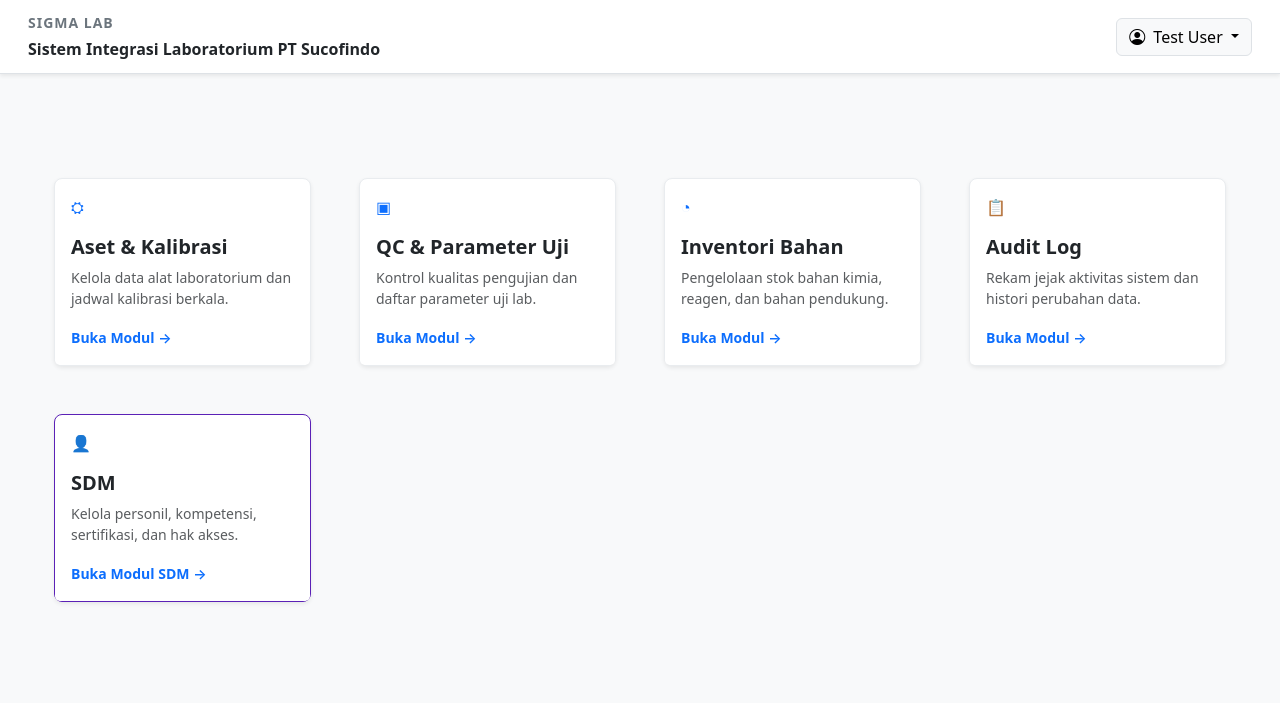
Repository: amelianeesa/sigmalab
Page: http://localhost/dashboard
An editor plug-in stored every save of this project. The page is shown before and after the next save, followed by the edit.
The browser window is 1280 px wide. The pictures show the whole page.
The page is served by the project's Laravel application, run on PHP 8.4 with Laravel 12. A made-up administrator, Test User (test@example.com), is signed in. Other server files are loaded and not shown.

Above is the page before, as saved 2026-08-06 11:50:57.

### routes/web.php
<?php

use Illuminate\Support\Facades\Route;
use App\Http\Controllers\AuthController;
use App\Http\Controllers\SdmController;

Route::get('/', [AuthController::class, 'showLogin']);
Route::get('/login', [AuthController::class, 'showLogin'])->name('login');
Route::post('/login', [AuthController::class, 'processLogin'])->name('login.process');

Route::get('/register', [AuthController::class, 'showRegister'])->name('register');
Route::post('/register', [AuthController::class, 'processRegister'])->name('register.process');

Route::post('/logout', [AuthController::class, 'logout'])->name('logout');

Route::middleware(['auth'])->group(function () {

    Route::get('/dashboard', function () {
        return view('dashboard-index');
    })->name('dashboard');

    Route::get('/sdm', [SdmController::class, 'index'])->name('sdm.index');
    Route::get('/sdm/create', [SdmController::class, 'create'])->name('sdm.create');
    Route::post('/sdm', [SdmController::class, 'store'])->name('sdm.store');
    Route::get('/sdm/{id}/edit', [SdmController::class, 'edit'])->name('sdm.edit');
    Route::put('/sdm/{id}', [SdmController::class, 'update'])->name('sdm.update');
    Route::delete('/sdm/{id}', [SdmController::class, 'destroy'])->name('sdm.destroy');
    Route::patch('/sdm/{id}/aktifkan', [SdmController::class, 'activate'])->name('sdm.activate');
    Route::delete('/sdm/{id}/permanen', [SdmController::class, 'forceDestroy'])->name('sdm.force-destroy');

    Route::get('/sdm/{id}/kompetensi', [SdmController::class, 'kompetensiDetail'])->name('sdm.kompetensi.detail');
    Route::post('/sdm/{id}/kompetensi', [SdmController::class, 'storeKompetensi'])->name('sdm.kompetensi.store');
    Route::put('/sdm/{id}/kompetensi/{kompetensiId}', [SdmController::class, 'updateKompetensi'])->name('sdm.kompetensi.update');
    Route::delete('/sdm/{id}/kompetensi/{kompetensiId}', [SdmController::class, 'destroyKompetensi'])->name('sdm.kompetensi.destroy');
    Route::get('/sdm/{id}/cv', [SdmController::class, 'showCv'])->name('sdm.cv');
});

### app/Models/User.php
<?php

namespace App\Models;

use Illuminate\Database\Eloquent\Factories\HasFactory;
use Illuminate\Foundation\Auth\User as Authenticatable;
use Illuminate\Notifications\Notifiable;

class User extends Authenticatable
{
    use HasFactory, Notifiable;

    protected $table = 'users';
    protected $primaryKey = 'users_id';

    protected $fillable = [
        'personil_id',
        'username',
        'email',
        'password',
        'role_id',
        'status_aktif',
    ];

    protected $hidden = [
        'password',
    ];

    public function personil()
    {
        return $this->belongsTo(Personil::class, 'personil_id', 'personil_id');
    }

    public function role()
    {
        return $this->belongsTo(Role::class, 'role_id', 'roles_id');
    }
}

### resources/views/dashboard-index.blade.php
@extends('layouts.app')

@section('content')
<div class="container-fluid px-4 py-4">


    <!-- Modul Tiles -->
    <div class="row g-5">

        <!-- Aset & Kalibrasi -->
        <div class="col-12 col-sm-6 col-md-4 col-lg-3">
            <a href="#" class="text-decoration-none">
                <div class="card h-100 shadow-sm rounded-3 border border-light-subtle transition-card">
                    <div class="card-body">
                        <div class="mb-3 module-icon text-primary">⛭</div>
                        <h5 class="fw-bold text-dark mb-2">Aset & Kalibrasi</h5>
                        <p class="text-muted small mb-0">Kelola data alat laboratorium dan jadwal kalibrasi berkala.</p>
                    </div>
                    <div class="card-footer bg-white border-0 pt-0 pb-3">
                        <span class="text-primary small fw-semibold">Buka Modul &rarr;</span>
                    </div>
                </div>
            </a>
        </div>

        <!-- QC & Parameter Uji -->
        <div class="col-12 col-sm-6 col-md-4 col-lg-3">
            <a href="#" class="text-decoration-none">
                <div class="card h-100 shadow-sm rounded-3 border border-light-subtle transition-card">
                    <div class="card-body">
                        <div class="mb-3 module-icon text-primary">▣</div>
                        <h5 class="fw-bold text-dark mb-2">QC & Parameter Uji</h5>
                        <p class="text-muted small mb-0">Kontrol kualitas pengujian dan daftar parameter uji lab.</p>
                    </div>
                    <div class="card-footer bg-white border-0 pt-0 pb-3">
                        <span class="text-primary small fw-semibold">Buka Modul &rarr;</span>
                    </div>
                </div>
            </a>
        </div>

        <!-- Inventori Bahan -->
        <div class="col-12 col-sm-6 col-md-4 col-lg-3">
            <a href="#" class="text-decoration-none">
                <div class="card h-100 shadow-sm rounded-3 border border-light-subtle transition-card">
                    <div class="card-body">
                        <div class="mb-3 module-icon text-primary">◔</div>
                        <h5 class="fw-bold text-dark mb-2">Inventori Bahan</h5>
                        <p class="text-muted small mb-0">Pengelolaan stok bahan kimia, reagen, dan bahan pendukung.</p>
                    </div>
                    <div class="card-footer bg-white border-0 pt-0 pb-3">
                        <span class="text-primary small fw-semibold">Buka Modul &rarr;</span>
                    </div>
                </div>
            </a>
        </div>

        <!-- Audit Log -->
        <div class="col-12 col-sm-6 col-md-4 col-lg-3">
            <a href="#" class="text-decoration-none">
                <div class="card h-100 shadow-sm rounded-3 border border-light-subtle transition-card">
                    <div class="card-body">
                        <div class="mb-3 module-icon text-primary">📋</div>
                        <h5 class="fw-bold text-dark mb-2">Audit Log</h5>
                        <p class="text-muted small mb-0">Rekam jejak aktivitas sistem dan histori perubahan data.</p>
                    </div>
                    <div class="card-footer bg-white border-0 pt-0 pb-3">
                        <span class="text-primary small fw-semibold">Buka Modul &rarr;</span>
                    </div>
                </div>
            </a>
        </div>

        <!-- SDM Tile: align with other tiles -->
        <div class="col-12 col-sm-6 col-md-4 col-lg-3">
            <a href="{{ route('sdm.index') }}" class="text-decoration-none">
                <div class="card h-100 shadow-sm rounded-3 border transition-card sdm-highlight" style="border-color:#5b21b6;">
                    <div class="card-body">
                        <div class="mb-3 module-icon sdm-icon" style="color:#5b21b6;">👤</div>
                        <h5 class="fw-bold text-dark mb-2" style="color:#4c1d95;">SDM</h5>
                        <p class="text-muted small mb-0">Kelola personil, kompetensi, sertifikasi, dan hak akses.</p>
                    </div>
                    <div class="card-footer bg-white border-0 pt-0 pb-3">
                        <span class="text-primary small fw-semibold">Buka Modul SDM &rarr;</span>
                    </div>
                </div>
            </a>
        </div>

    </div>

</div>

<!-- Tambahan sedikit CSS untuk efek transisi card yang halus -->
<style>
    .transition-card {
        transition: transform 0.2s ease, box-shadow 0.2s ease;
    }
    .transition-card:hover {
        transform: translateY(-3px);
        box-shadow: 0 .5rem 1rem rgba(0,0,0,.08) !important;
    }
</style>
@endsection

### resources/views/layouts/app.blade.php
<!DOCTYPE html>
<html lang="id">

<head>
    <meta charset="UTF-8">
    <title>Dashboard - SIGMALAB Sucofindo</title>
    <link href="https://cdn.jsdelivr.net/npm/bootstrap@5.3.0/dist/css/bootstrap.min.css" rel="stylesheet">
    <link href="https://cdn.jsdelivr.net/npm/bootstrap-icons@1.10.5/font/bootstrap-icons.css" rel="stylesheet">
    <style>
        body {
            background-color: #f8f9fa;
        }

        #content {
            margin-left: 0;
            padding: 30px;
            padding-top: 80px; /* ensure content sits below sticky navbar */
        }

        .top-navbar {
            background: #fff;
            padding: 12px 28px;
            border-bottom: 1px solid #dee2e6;
            margin-left: 0;
            display: flex;
            justify-content: space-between;
            align-items: center;
            position: sticky;
            top: 0;
            z-index: 1020;
            min-height: 64px;
        }

        /* Prevent long/unexpected text from breaking header layout */
        .top-navbar .dropdown button {
            max-width: 220px;
            overflow: hidden;
            text-overflow: ellipsis;
            white-space: nowrap;
        }

        /* Make cards in dashboard more consistent and avoid overflow */
        .card.h-100 .card-body { min-height: 120px; }
        .card .card-body p { word-break: break-word; }
        /* Module card utilities */
        .module-card { transition: transform .12s ease, box-shadow .12s ease, border-color .12s ease; }
        .module-card:hover { transform: translateY(-4px); box-shadow: 0 12px 30px rgba(15,35,59,.08); }
        .sdm-highlight { border-color: #5b21b6 !important; }
    </style>
</head>

<body>
    <!-- Sidebar removed: content now full-width -->

    <div class="top-navbar shadow-sm">
        <div>
            <span class="text-uppercase text-secondary fs-7 fw-bold d-block mb-1" style="font-size: 14px; letter-spacing: 1px;">SIGMA LAB</span>
            <div class="mb-0 fw-bold">Sistem Integrasi Laboratorium PT Sucofindo</div>
        </div>
        <div class="dropdown">
            <button class="btn btn-light dropdown-toggle border" type="button" data-bs-toggle="dropdown" title="Profil">
                <i class="bi bi-person-circle me-1"></i> {{ Auth::user()->name ?? Auth::user()->username ?? 'Pengguna' }}
            </button>
            <ul class="dropdown-menu dropdown-menu-end">
                <li>
                    <form action="{{ route('logout') }}" method="POST">
                        @csrf
                        <button type="submit" class="dropdown-item text-danger"><i
                                class="bi bi-box-arrow-right me-2"></i> Logout</button>
                    </form>
                </li>
            </ul>
        </div>
    </div>

    <div id="content">
        @yield('content')
    </div>

    <script src="https://cdn.jsdelivr.net/npm/bootstrap@5.3.0/dist/js/bootstrap.bundle.min.js"></script>
</body>

</html>

After the next save:
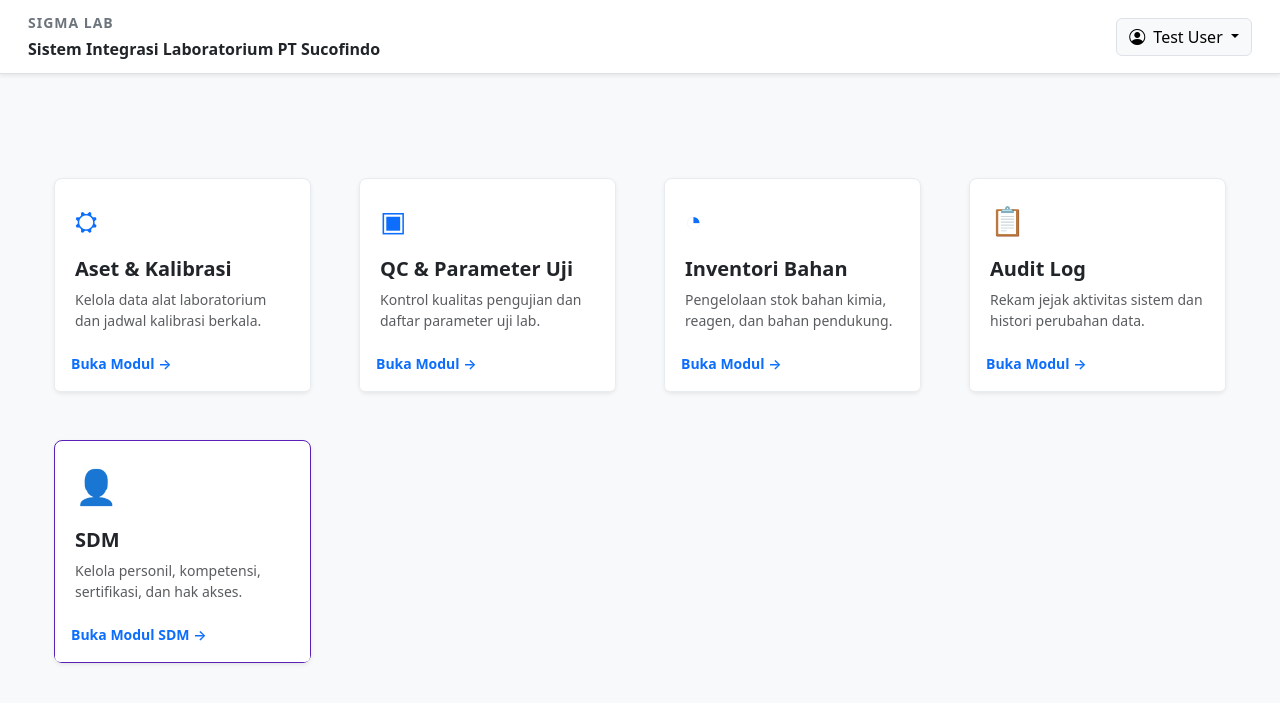
Saved 5 s later.
--- a/resources/views/dashboard-index.blade.php
+++ b/resources/views/dashboard-index.blade.php
@@ -100,5 +100,8 @@
         transform: translateY(-3px);
         box-shadow: 0 .5rem 1rem rgba(0,0,0,.08) !important;
     }
+    .module-icon { font-size: 28px; }
+    .sdm-icon { font-size: 34px; }
+    .card .card-body { padding: 1.25rem; }
 </style>
 @endsection
